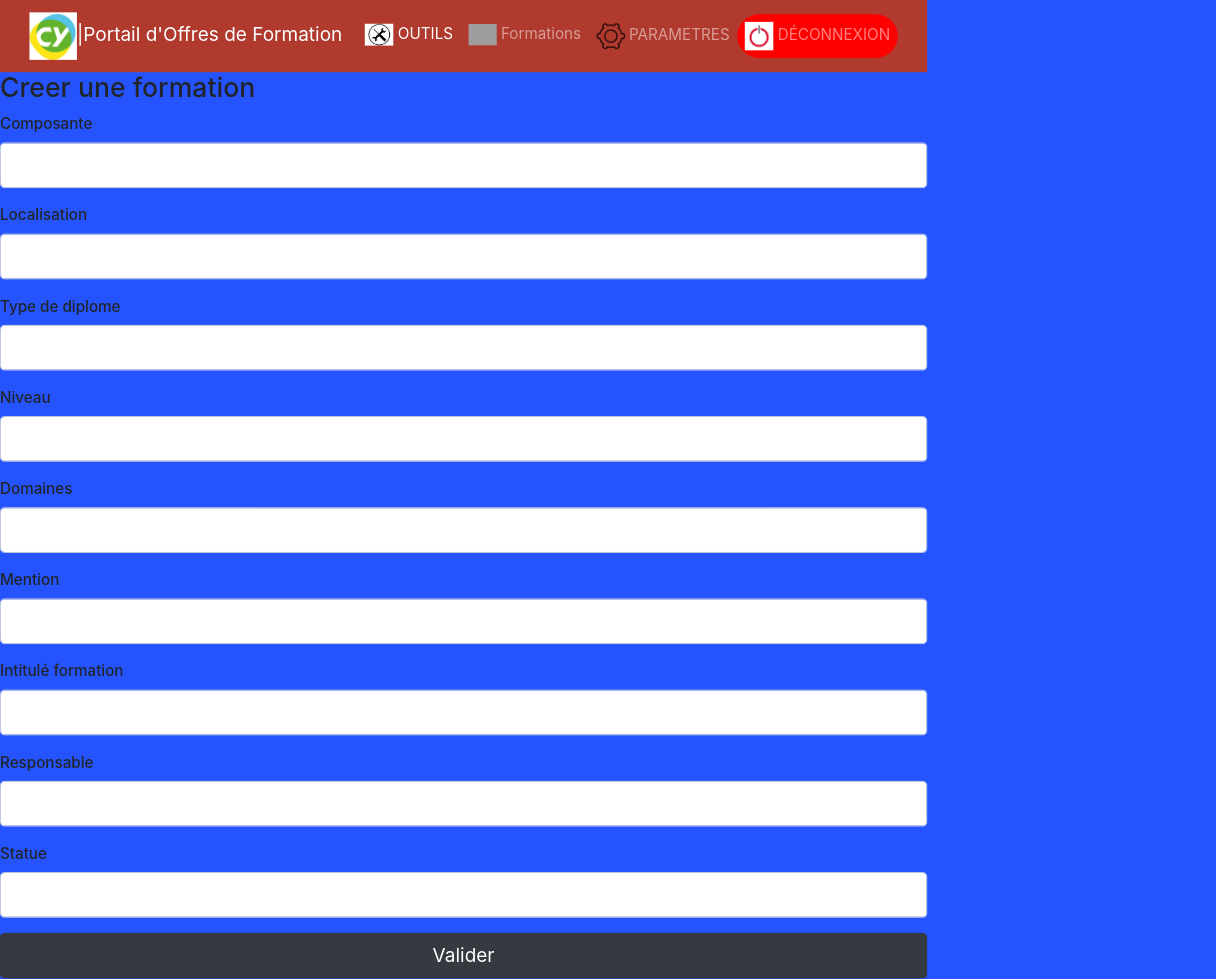
Repository: BaldeThierno1990/Projet-1-formation-tableau-generique-vue-export
Page: / (app in mcc/)
These files come from the project's save history. The page is drawn as it stood at one moment and after the next save; the edit follows.
The browser window is 1280 px wide. The pictures show the whole page, at 95% of full size.
Pictures or frames that could not be fetched are drawn as grey boxes. The project was rebuilt for these pictures with package versions that can differ from the ones it lists, and the page was loaded fresh each time.

Above is the page before, as saved 2021-03-29 11:50:56.

After the next save:
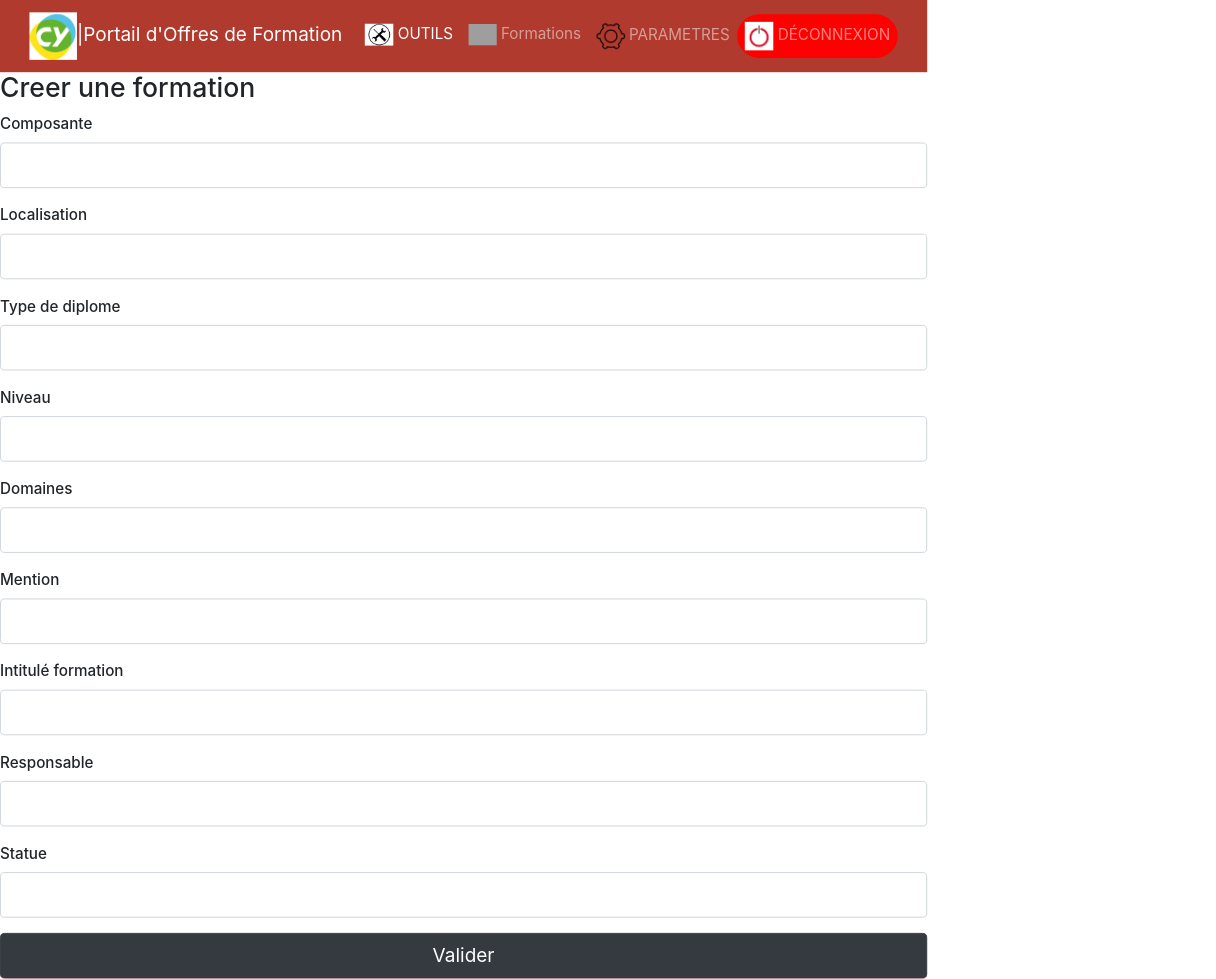
Saved 17 s later.
--- a/mcc/src/assets/css/main.css
+++ b/mcc/src/assets/css/main.css
@@ -3,7 +3,7 @@
   }
 
   body {
-    background: #2554FF !important;
+
     min-height: 100vh;
     display: flex;
     font-weight: 400;
